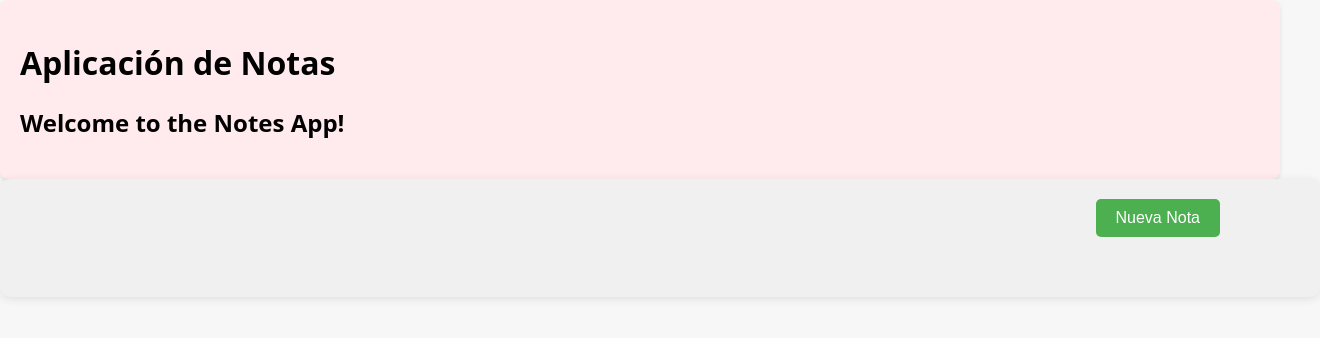
Repository: xunxuno/aplicacion_web_notas
Page: / (app in notas_web_app/)
An editor plug-in stored every save of this project. The page is shown before and after the next save, followed by the edit.
The browser window is 1280 px wide. The page is 1320 px wide, then 1280 px, so the pictures cover 1320 px, including what lies to the right of the window. The pictures show the whole page.
The project was rebuilt for these pictures with package versions that can differ from the ones it lists, and the page was loaded fresh each time. Also part of the build but not shown: notas_web_app/vite.config.ts, notas_web_app/src/components/Note.tsx, notas_web_app/src/components/NoteCollection.tsx, notas_web_app/src/components/NoteModal.tsx.

Above is the page before, as saved 2024-10-03 11:12:58.

After the next save:
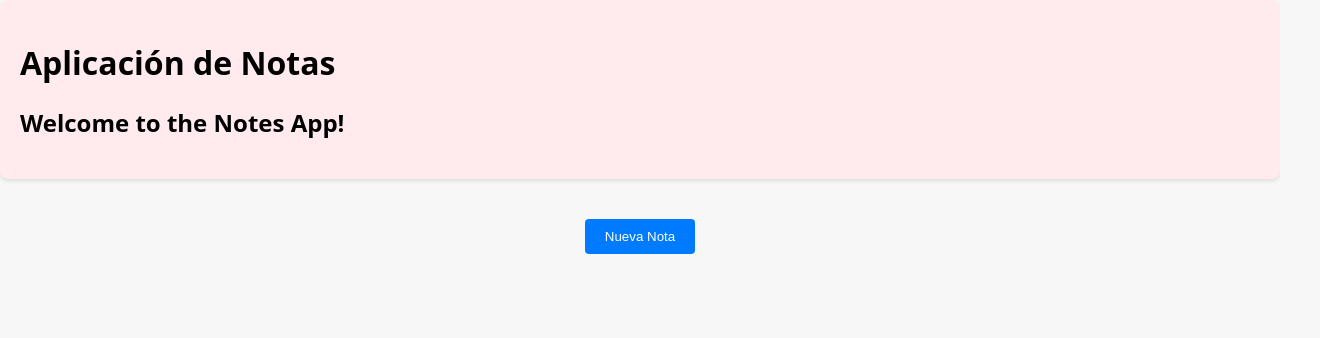
Saved 8 min 45 s later.
--- a/notas_web_app/src/styles.css
+++ b/notas_web_app/src/styles.css
@@ -6,51 +6,72 @@
     color: #000;
   }
 
+/* styles.css */
 
-/* Estilo para el contenedor principal de la aplicación */
 .app-container {
-  width: 100%; /* Ancho máximo */
-  margin: 0 auto; /* Centrar el contenedor */
-  padding: 20px; /* Espaciado interno */
-  background-color: #f0f0f0; /* Color de fondo claro */
-  border-radius: 10px; /* Bordes redondeados */
-  box-shadow: 0 2px 10px rgba(0, 0, 0, 0.1); /* Sombra sutil */
+  display: flex;
+  flex-direction: column;
+  align-items: center;
+  padding: 20px;
 }
 
-/* Estilo para el botón de agregar nota */
-.add-note-button {
-  background-color: #4CAF50; /* Color de fondo verde */
-  color: white; /* Color del texto */
-  padding: 10px 20px; /* Espaciado interno */
-  border: none; /* Sin borde */
-  border-radius: 5px; /* Bordes redondeados */
-  cursor: pointer; /* Cambia el cursor al pasar sobre el botón */
-  margin-bottom: 20px; /* Espacio debajo del botón */
-  font-size: 16px; /* Tamaño de fuente */
-  transition: background-color 0.3s; /* Transición para el color de fondo */
-  /* Ajustes para centrar el botón */
-  margin-left: auto; /* Empuja el botón a la derecha */
-  margin-right: 60px; /* Margen a la derecha para no pegarse al borde */
-}
-
-
-/* Efecto hover para el botón de agregar nota */
-.add-note-button:hover {
-  background-color: #45a049; /* Color de fondo más oscuro al pasar el mouse */
-}
-
-/* Estilo para el contenedor de colecciones */
 .collections-container {
-  width: 100%;
-  display: flex; /* Usar flexbox para una mejor organización */
-  flex-direction: column; /* Organizar en columnas */
+  display: flex;
+  flex-wrap: wrap;
+  justify-content: center;
   margin-top: 20px;
 }
 
+.note-container {
+  background-color: #fff;
+  border: 1px solid #ccc;
+  border-radius: 4px;
+  padding: 10px;
+  margin: 10px;
+  width: 200px; /* Ancho de la nota */
+  height: 250px; /* Alto de la nota */
+  box-shadow: 2px 2px 5px rgba(0, 0, 0, 0.1);
+  position: relative; /* Para el posicionamiento del botón de eliminar */
+}
+
+.note-title {
+  font-weight: bold;
+  font-size: 18px;
+}
+
+.note-content {
+  font-size: 14px;
+  margin-top: 10px;
+}
+
 .button-container {
-  display: flex; /* Usar flexbox para alinear los elementos */
-  justify-content: flex-end; /* Alinear los elementos al final (derecha) */
-  margin-bottom: 20px; /* Margen inferior para separar del siguiente elemento */
-  padding: 0 20px; /* Espaciado interno a la izquierda y derecha */
-  /* Esto asegura que el botón no se salga del borde */
+  margin-top: 20px;
 }
+
+.add-note-button {
+  padding: 10px 20px;
+  background-color: #007bff;
+  color: white;
+  border: none;
+  border-radius: 4px;
+  cursor: pointer;
+}
+
+.add-note-button:hover {
+  background-color: #0056b3;
+}
+
+.delete-button {
+  position: absolute;
+  top: 5px;
+  right: 5px;
+  background-color: red;
+  color: white;
+  border: none;
+  border-radius: 4px;
+  cursor: pointer;
+}
+
+.delete-button:hover {
+  background-color: darkred;
+}
